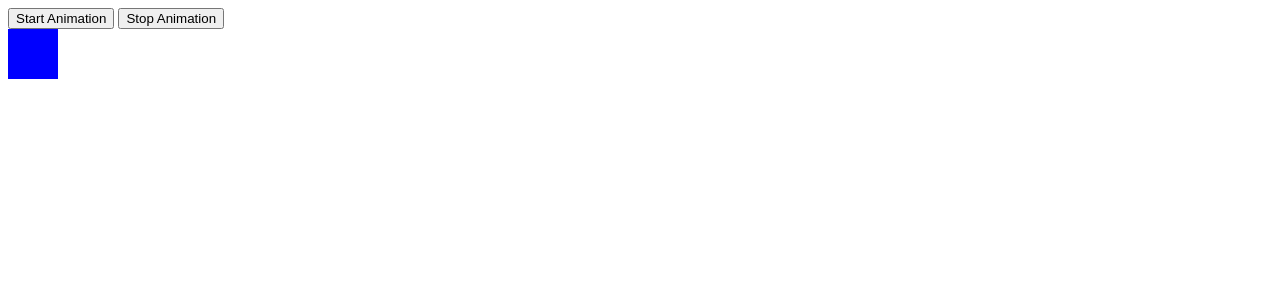
Repository: poornimakole/PRJS
Page: JS/JQuery/WebContent/Dequeue.html
An editor plug-in stored every save of this project. The page is shown before and after the next save, followed by the edit.
The browser window is 1280 px wide. The pictures show the whole page.
After loading, the first visible `#start` was clicked once.
Some web libraries are served in a nearby version.

Above is the page before, as saved 2017-11-14 09:04:45.

After the next save:
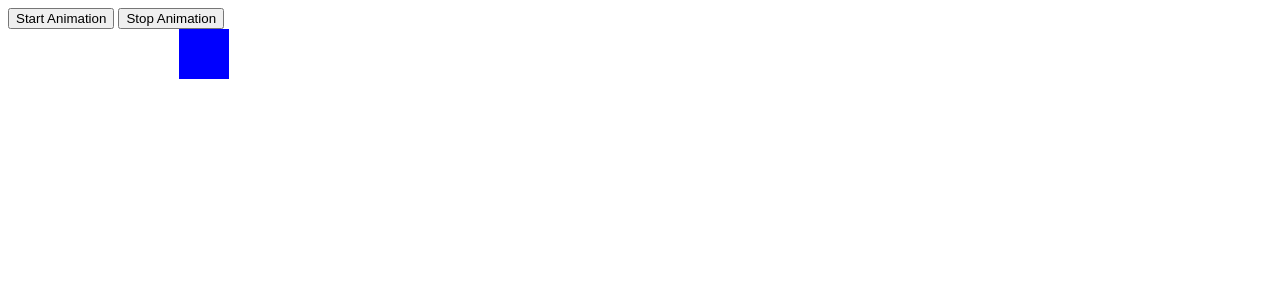
Saved 19 min 7 s later.
--- a/JS/JQuery/WebContent/Dequeue.html
+++ b/JS/JQuery/WebContent/Dequeue.html
@@ -4,19 +4,29 @@
 <meta charset="ISO-8859-1">
 <title>Insert title here</title>
 <style>
-	#div1
+	div
 	{
 	  width:50px;
 	  height:50px;
 	  background-color:blue;
+	  position:absolute
 	}
+
+	div.red{
+	   background-color:red;
+	}
+
+	div.customBorder{
+	  border:green 3px solid;
+	}
+
 </style>
 
   <script src="https://ajax.googleapis.com/ajax/libs/jquery/3.1.0/jquery.min.js"></script>
   <script>
    $(function(){
 	   $("#start").click(function(){
-		   $("#div1").animate({left:"+=200px"},2000)
+		   $("div").animate({left:"+=200px"},2000)
 		           .queue(function(){
 		        	   $(this).toggleClass("red").dequeue();
 		           })
@@ -26,7 +36,7 @@
 	       });
 
 	      $("#stop").click(function(){
-	    	  var myDiv=$("#div1");
+	    	  var myDiv=$("div");
 	    	  //myDiv.clearQueue();
 	    	  myDiv.stop();
 	      });
